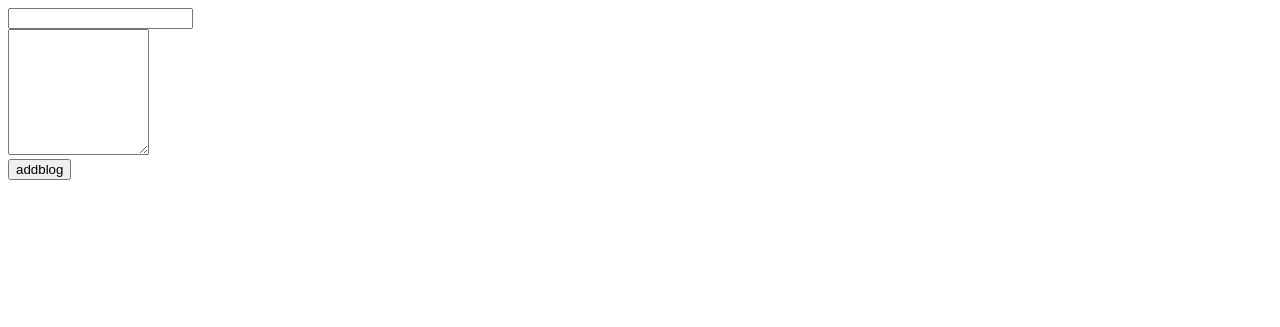
Repository: Ravi9696/project2
Page: project/WebContent/views/blogpostform.html
The author's editor kept a copy of each file at every save. The page is drawn from the files as they stood at one save, then again after the next save.
The browser window is 1280 px wide. The pictures show the whole page.

Above is the page before, as saved 2017-09-26 09:02:29.

After the next save:
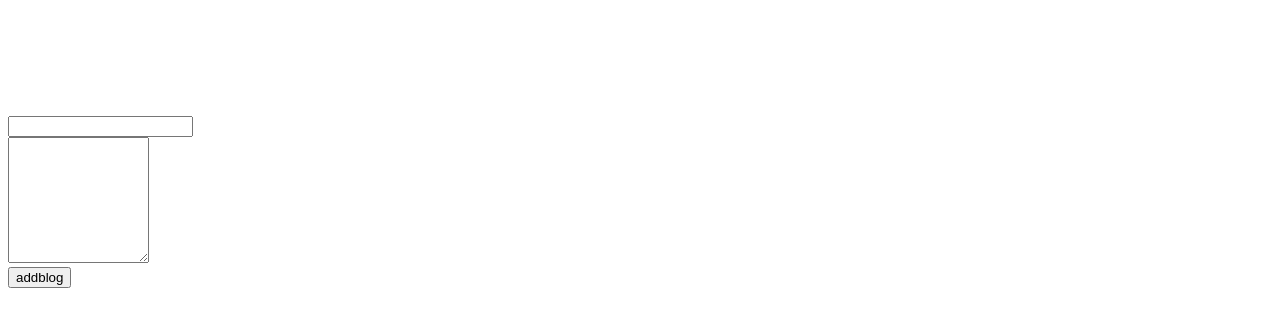
Saved 61 s later.
--- a/project/WebContent/views/blogpostform.html
+++ b/project/WebContent/views/blogpostform.html
@@ -5,6 +5,7 @@
 <title>Insert title here</title>
 </head>
 <body>
+<br><br><br><br><br><br>
 <form>
 <div class="form-group">
 <input type="text" ng-model="blogPost.blogTitle" class="form-control"></div>
